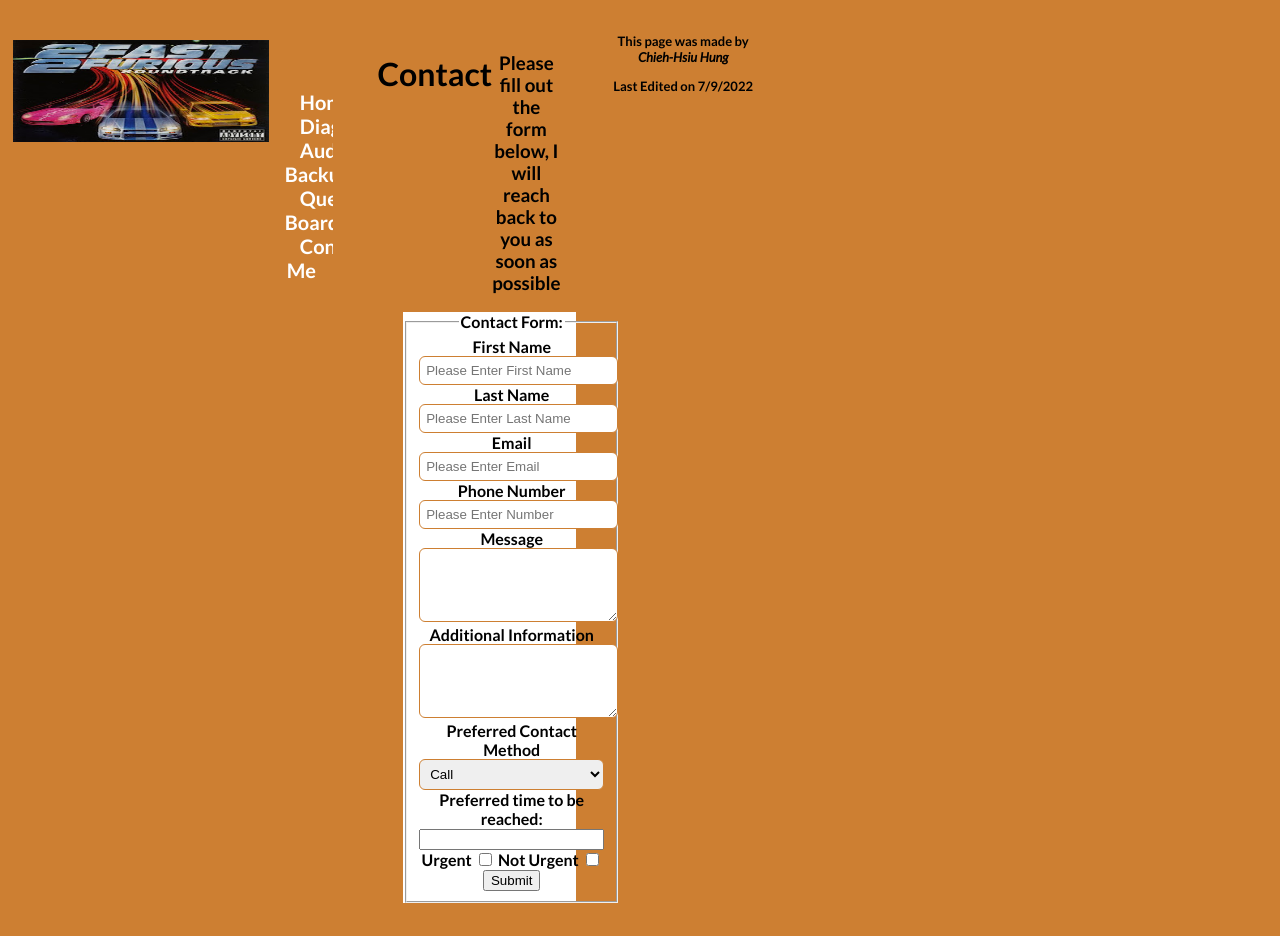
Repository: Chieh0501/fa22-cse110-lab3
Page: contacts.html
The author's editor kept a copy of each file at every save. The page is drawn from the files as they stood at one save, then again after the next save.
The browser window is 1280 px wide. The pictures show the whole page.

Above is the page before, as saved 2022-10-13 04:43:38.

### contacts.html
<!DOCTYPE html>
<html lang="en">

<head>
	<meta charset="utf-8" />
	<meta name="description" content="Team 2 Meeting Notes" />
	<meta name="keywords" content="HTML, CSS, JavaScript" />
	<meta name="author" content="Chieh-Hsiu Hung" />
	<meta name="viewport" content="width=device-width, initial-scale=1.0" />
	<title>Team 2 Meeting Notes</title>
	<link href="images/favicons/favicon.ico" rel="icon" />
	<link href="styles/main.css" rel="stylesheet" />
	<!-- <script>
		window.addEventListener('load', function () {
			let time = window.performance.timing,
				complete = time.domComplete - time.domLoading;
			document.getElementById('page-load-info').innerHTML = `<strong>Page Loaded in ${parseInt(complete)}ms
			 on ${new Date().toLocaleString("en-US")}</strong>`;
		});
	</script> -->

</head>
<body>
	<header>
		<header>
			<img src="images/logo.png" alt="Demo Team Logo" class="logo" id="logo">
			<nav class="navBar">
				<a href="index.html">Home</a>
				<a href="images.html">Diagrams/Pictures</a>
				<a href="multimedia.html">Audio/Video Backup</a>
				<a href="questions.html">Question Board</a>
				<a href="contacts.html">Contact Me</a>
			</nav>
		</header>
	<main class="contact_main">
		<h1>Contact</h1>
		<h3>Please fill out the form below, I will reach back to you as soon as possible</h3>
		<div class="contactform">
			<form>
				<fieldset>
					<legend>Contact Form:</legend>
					<label for="first_name">First Name</label>
					<input type="text" id="first_name" placeholder="Please Enter First Name">
					<label for="last_name">Last Name</label>
					<input type="text" id="last_name" placeholder="Please Enter Last Name">
					<br/>
					<label for="email">Email</label>
					<input type="text" id="email" placeholder="Please Enter Email">
					<br/>
					<label for="phone">Phone Number</label>
					<input type="text" id="phone" placeholder="Please Enter Number">
					<br/>
					<label for="message">Message</label>
					<br/>
					<textarea id="message" name="message" rows="4" cols="50"></textarea>
					<br/>
					<label for="add_info">Additional Information</label>
					<br/>
					<textarea id="add_info" name="add_info" rows="4" cols="50"></textarea>
					<br/>
					<label for="contact_method">Preferred Contact Method</label>
					<select  name="contact_method" id="contact_method">
						<optgroup label="Contact Method">
						<option value="Call">Call</option>
						<option value="Texting">Text</option>
						<option value="mail">Email</option>
						</optgroup>
					</select>
					<br />
					<label for="time_preferred">Preferred time to be reached:</label>
					<input list="times_preferred" name="time_preferred" id="time_preferred">
					<datalist id="times_preferred">
						<option value="9:00-12:00">
						<option value="2:00-5:00">
						<option value="7:00-9:00">
						<option value="No preference">
					</datalist>
					<br />
					<label for="urgent">Urgent</label>
					<input type="checkbox" id="urgent" name="urgent" value="Urgent">
					<label for="nurgent">Not Urgent</label>
					<input type="checkbox" id="nurgent" name = "nurgent" value="Not Urgent">
					<button type="button" onclick="alert('Submitted')">Submit</button>
				</fieldset>
			</form>
		</div>
	</main>
	<footer>
		<hr/>
		<p>This page was made by <i><b>Chieh-Hsiu Hung</b></i></p>
		<p>Last Edited on <strong>7/9/2022</strong></p>
	</footer>
</body>

</html>

### styles/main.css
/* main.css */

html,

:root {
  --vw-lg: 1920px;
  --vw-md: 1366px;
  --vw-sm: 600px;
  --primary-color: #84aad4;
  --secondary-color: white;
  --accent-color-1: #CD7F32;
  --accent-color-2: #969696;
  --accent-color-3: hsl(150deg 30% 60%);
}

body {
  background-color: var(--primary-color);
  display: block;
  margin: 0;
  padding-top: 0;
  padding-bottom: 0;
  padding-left: 0;
  padding-right: 0;
}
@font-face {
  font-family: "Lato";
  font-style: normal;
  font-weight: 400;
  src: url("../fonts/Lato/Lato-Regular.ttf") format("truetype");
}
@font-face {
  font-family: "Lato";
  font-weight: bold;
  font-weight: 400;
  src: url("../fonts/Lato/Lato-Bold.ttf") format("truetype");
}
@font-face {
  font-family: "Lato";
  font-style: italic;
  font-weight: 400;
  src: url("../fonts/Lato/Lato-Italic.ttf") format("truetype");
}
.grid main{
  display: grid;
}

/****** header ******/

header {
  display:grid;
  grid-template-columns: repeat(6, 1fr);
  gap: 1rem;
  text-align: center;
  padding: 20px 0;
  font-family: "Lato", bold;
  background: var(--accent-color-1);
}

#logo {
  margin-left: 1vw;
  float: left;
  height: 3vw;
}
/******* NavBar *******/
.navBar {
  grid-column: 2 / span 4;
  position: relative;
  overflow: hidden;
  margin-top: 50px;
}
.navBar > a{
  float: none;
  color: #ffffff;
  text-align: center;
  padding: 15px 15px;
  text-decoration: none;
  font-size: 20px;
}
.navBar a:hover{
  text-decoration: underline;
}
.navBar a:visited{
  color: #000000;
}
/****** general **********/
section h2{
  font-size: 1.5vw;
}
hr {
  display: none;
}
main {
  margin: 1vw;
}

/****** home content ******/
#home_main {
  display:grid;
  margin: 1vw;
  grid-template-columns: repeat(4, 1fr);
  grid-template-rows: repeat(2, 1fr);
  text-align: center;
}
.title {
  display:flex;
  flex-direction: column;
  margin: 1vw;
  text-align: center;
}
.title h1{
  float:initial;
  font-size: 2vw;
}
.title h2{
  float:initial;
  font-size: 1.5vw;
}

.attendance{
  grid-row: 1;
  grid-column: 2;
}
.attendance ul{
  background-color: var(--accent-color-1);
  border: 8px double black;
  border-radius: 0.25pc;
  margin: 0 auto;
  padding: 15pt;
  text-align: left;
}
.brainstorming #subtitle{
  font-weight: bold;
  font-size: 1vw;
}
.brainstorming ol{
  background-color: var(--accent-color-1);
  border: 8px double black;
  border-radius: 4px;
  margin: 1vw;
  padding: 20px;
  text-align: left;
}

ul li {
  margin: 5px;
  font-weight: bold;
}
ol li {
  margin: 5px;
  font-weight: bold;
}
.urgent p{
  color: rgb(219, 0, 0);
  font-size: 2vw;
  font-weight: bold;
}
.last_meeting ul{
  background-color: var(--accent-color-1);
  border: 8px double black;
  border-radius: 0.25pc;
  margin: 0 auto;
  padding: 15pt;
  text-align: left;
}
.new_topics ul{
  background-color: var(--accent-color-1);
  border: 8px double black;
  border-radius: 0.25pc;
  margin: 0 auto;
  padding: 15pt;
  text-align: left;
}
.summation p{
  background-color: var(--accent-color-1);
  border: 8px double black;
  border-radius: 0.25pc;
  margin: 0 auto;
  padding: 15pt;
  text-align: left;
  font-weight: bold;
}

/****** Contact Form *******/
.contact_main{
  display:grid;
  margin: 1vw;
  grid-template-columns: repeat(5, 1fr);
  grid-template-rows: repeat(1, 1fr);
  text-align: center;
}
.contactform{
  position: relative;
  grid-row: 2;
  background-color: var(--secondary-color);
  margin-left: 2vw;
  grid-column: 2 / span 3;
  height: auto;
}
.contactform label{
  position: relative;
  font-weight: bold;
}
.contactform input[type = text], select, textarea{
  width: 100%;
  padding: 6px;
  grid-column: 2 / span 2;
  border: 1px solid var(--accent-color-1);
  border-radius: 6px;
  resize: vertical;
}
/***** Button *******/
.button{
  display: inline-block;
  width: fit-content;
  height: fit-content;
  padding: 1vw 2vw;
  text-align: center;
  text-decoration: none;
  color: var(--primary-color);
  background-color: var(--accent-color-1);
  border-radius: 8px;
  outline: none;
}
.button:hover{
  text-decoration: underline;
  color:azure;
  background-color: #969696;
}
@media screen and (max-width: 800px){
  #index_main{
    display:grid;
    margin-left: 1vw;
    margin-right: 1vw;
    grid-template-columns: repeat(6, 1fr);
    grid-template-rows: repeat(6, 1fr);
    text-align: center;
  }
  main.main2{
    display:grid;
    margin-left: 1vw;
    margin-right: 1vw;
    grid-template-columns: 1fr;
    grid-template-rows: repeat(4, 1fr);
    text-align: center;
  }
  #contact_frame{
    width: 100%;
    margin-left: 1vw;
    grid-column: 1;
    grid-row: 3;
  }
  .navBar a{
    float: none;
    display: none;
  }

  .title{
    display:none;
  }
  .short_title{
    display: block;
    grid-row: 1 / span 3;
    grid-column: 2 / span 4;
    font-size: 6vw;
  }
  img{
    width: 80vw;
  }
  #hamburger{
    display: block;
  }
  #hamburger input{
    display: block;
  }
  .contactform{
    grid-column: 1;
  }
  #notice{
    display: none;
  }
  .button{
    width: 60vw;
    height: 20vw;
  }
  #Contact_Button{
    grid-row: 3 / span 2;
    grid-column: 2 / span 6;
  }
  #download_resume{
    grid-row: 6 / span 2;
    grid-column: 2 / span 6;
  }
  img#logo {
    width: 40vw;
    height: 16vw;
  }
}
@media screen and (max-width: 1366px) {
  main{
    display:grid;
    margin-left: 1vw;
    margin-right: 1vw;
    grid-template-columns: 1fr;
    grid-template-rows: repeat(3, 1fr);
    text-align: center;
  }
  #index_main{
    display:grid;
    margin-left: 1vw;
    margin-right: 1vw;
    grid-template-columns: repeat(6, 1fr);
    grid-template-rows: repeat(6, 1fr);
    text-align: center;
  }
  .title{
    display:none;
  }
  .short_title{
    display: block;
    grid-row: 1 / span 3;
    grid-column: 2 / span 4;
    font-size: 6vw;
  }
  main.main2{
    display:grid;
    margin-left: 1vw;
    margin-right: 1vw;
    grid-template-columns: repeat(2, 1fr);
    grid-template-rows: repeat(2, 1fr);
    text-align: center;
  }
  main.about_main{
    display:grid;
    margin-left: 1vw;
    margin-right: 1vw;
    grid-template-columns: 1fr;
    grid-template-rows: repeat(4, 1fr);
    text-align: center;
  }
  section#diving{
    grid-row: 1;
    grid-column: 1;
  }
  section#sailing{
    grid-row: 2;
    grid-column: 1;
  }
  video{
    width: 80vw;
  }
  img{
    width: 80vw;
  }
  section#snowboarding{
    grid-row: 3;
    grid-column: 1;
  }
  section#songs{
    grid-row:4;
    grid-column: 1;
  }
  .contactform{
    grid-column: 1/ span 6;
  }
  #notice{
    display: none;
    font-variant:small-caps;
  }
  #contact_frame{
    margin-left: 1vw;
    grid-column: 1;
    grid-row: 3;
  }
  .title2{
    width: 30vw;
    grid-column: 2;
    grid-row: 1 / span 2;
  }
  #clock{
    grid-column: 1;
    grid-row: 1;
  }
  h1.project{
    align-self: center;
    grid-row: 1;
    grid-column: 1;
  }
  img#logo {
    width: 20vw;
    height: 8vw;
  }
}
/* a:link { color: #3366BB; }
a:visited { color: #663366 }
a:visited:hover { color: #0b0080; }
a:hover { color: gray; }
a:active { background-color: yellow; border: 4px solid red;} */


/****** footer ******/
footer {
  font-size: small;
  text-align: center;
}

After the next save:
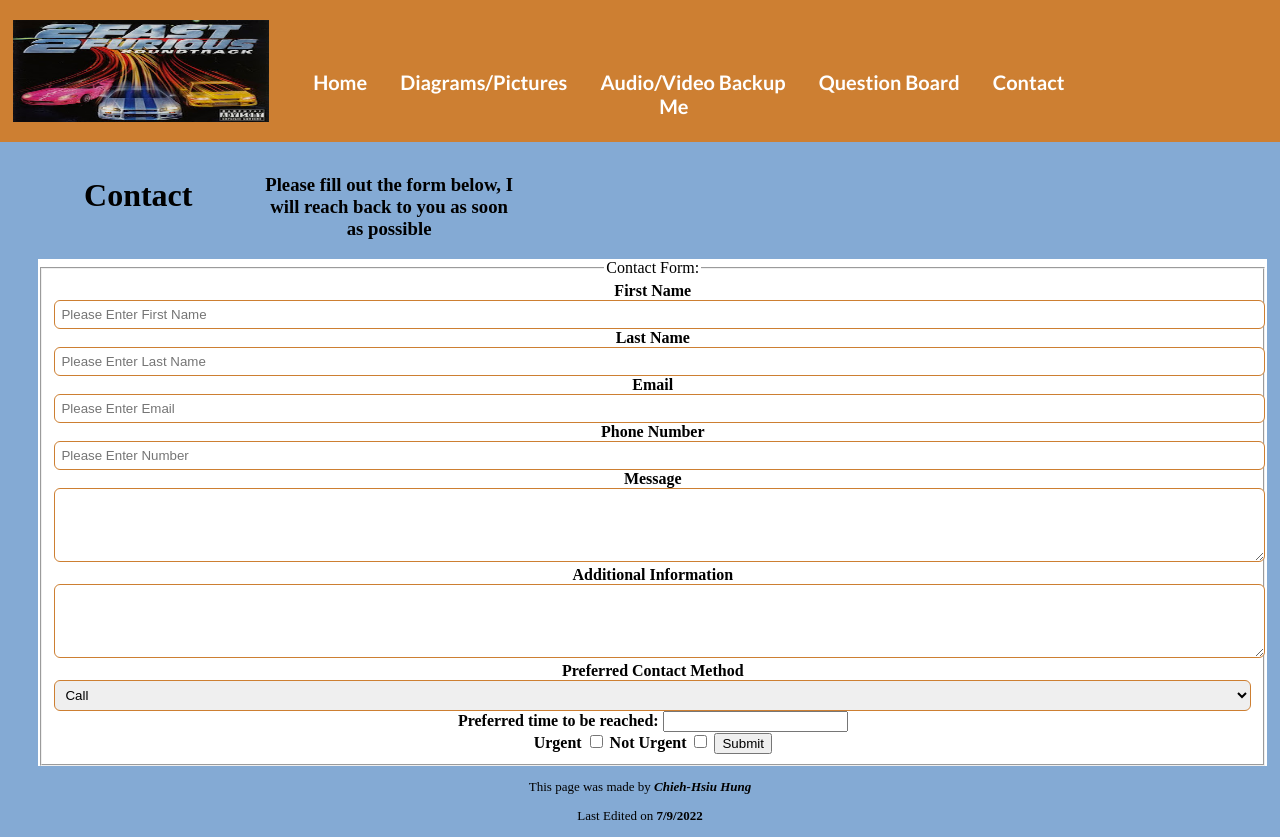
Saved 25 s later.
--- a/contacts.html
+++ b/contacts.html
@@ -22,16 +22,15 @@
 </head>
 <body>
 	<header>
-		<header>
-			<img src="images/logo.png" alt="Demo Team Logo" class="logo" id="logo">
-			<nav class="navBar">
-				<a href="index.html">Home</a>
-				<a href="images.html">Diagrams/Pictures</a>
-				<a href="multimedia.html">Audio/Video Backup</a>
-				<a href="questions.html">Question Board</a>
-				<a href="contacts.html">Contact Me</a>
-			</nav>
-		</header>
+		<img src="images/logo.png" alt="Demo Team Logo" class="logo" id="logo">
+		<nav class="navBar">
+			<a href="index.html">Home</a>
+			<a href="images.html">Diagrams/Pictures</a>
+			<a href="multimedia.html">Audio/Video Backup</a>
+			<a href="questions.html">Question Board</a>
+			<a href="contacts.html">Contact Me</a>
+		</nav>
+	</header>
 	<main class="contact_main">
 		<h1>Contact</h1>
 		<h3>Please fill out the form below, I will reach back to you as soon as possible</h3>
